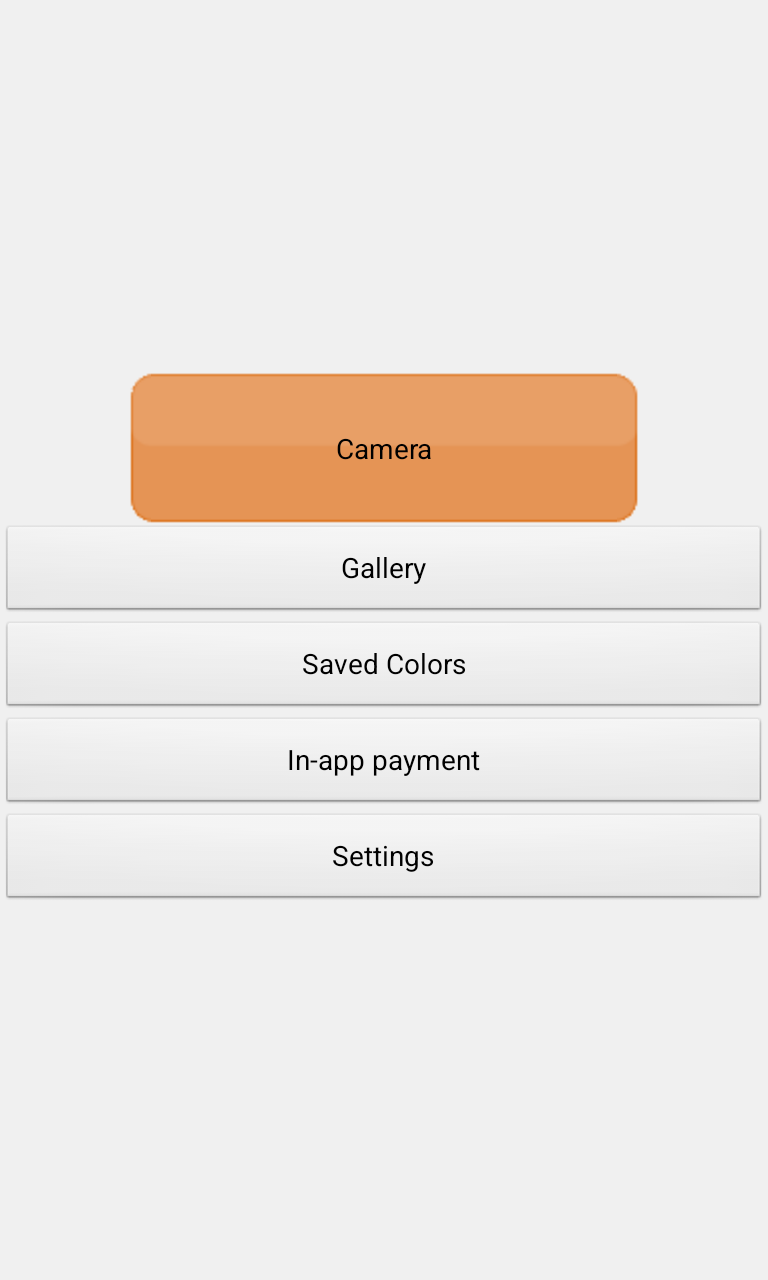
Repository: jwanglof/Rangi
Layout: client/Rangi/res/layout/mainmenu.xml
An editor plug-in stored every save of this project. The layout is shown before and after the next save, followed by the edit.
It is drawn on a 768 x 1280 px phone screen (xhdpi) without system bars, with theme android:Theme.NoTitleBar; the app's code is not run.

Above is the layout before, as saved 2012-11-01 14:03:10.

After the next save:
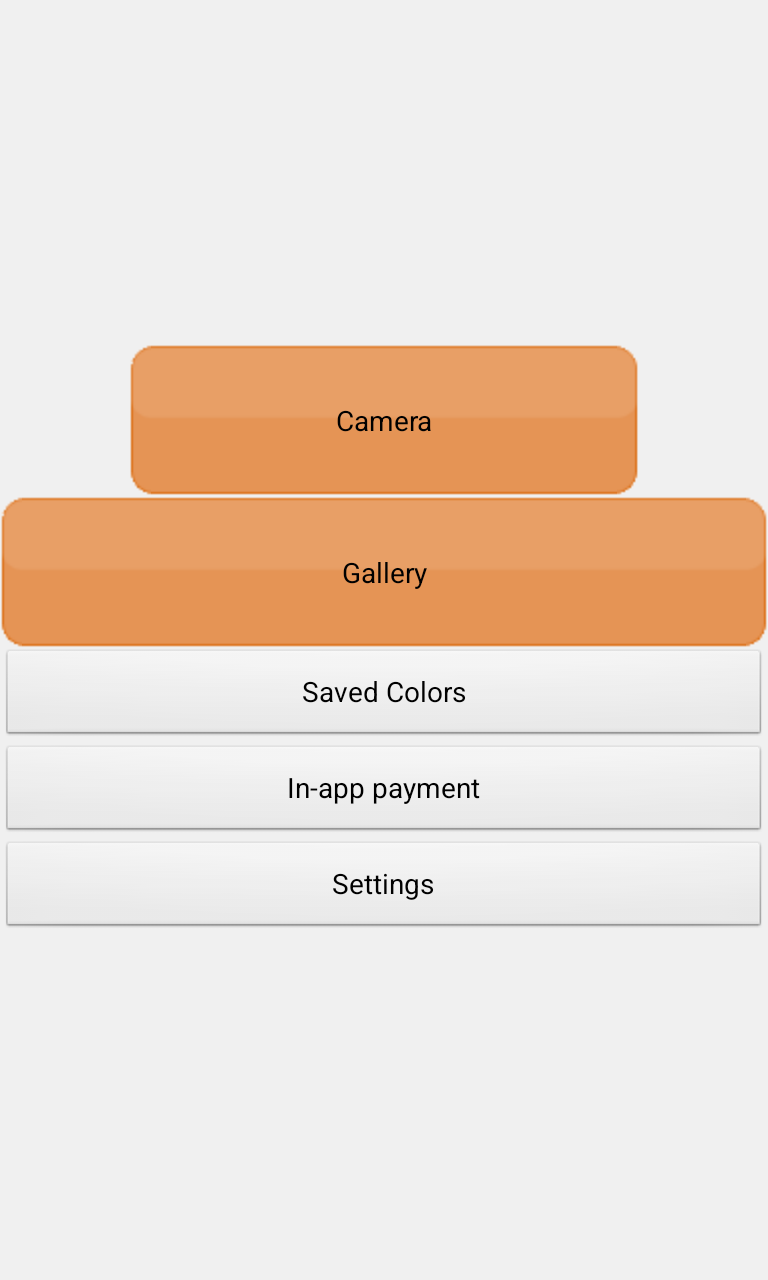
Saved 14 min 56 s later.
--- a/client/Rangi/res/layout/mainmenu.xml
+++ b/client/Rangi/res/layout/mainmenu.xml
@@ -20,7 +20,8 @@
         android:layout_width="fill_parent"
         android:layout_height="wrap_content"
         android:onClick="gallery"
-        android:text="@string/gallery" />
+        android:text="@string/gallery"
+        android:background="@drawable/button_background" />
 
     <Button
         android:id="@+id/saved_colors_button"
